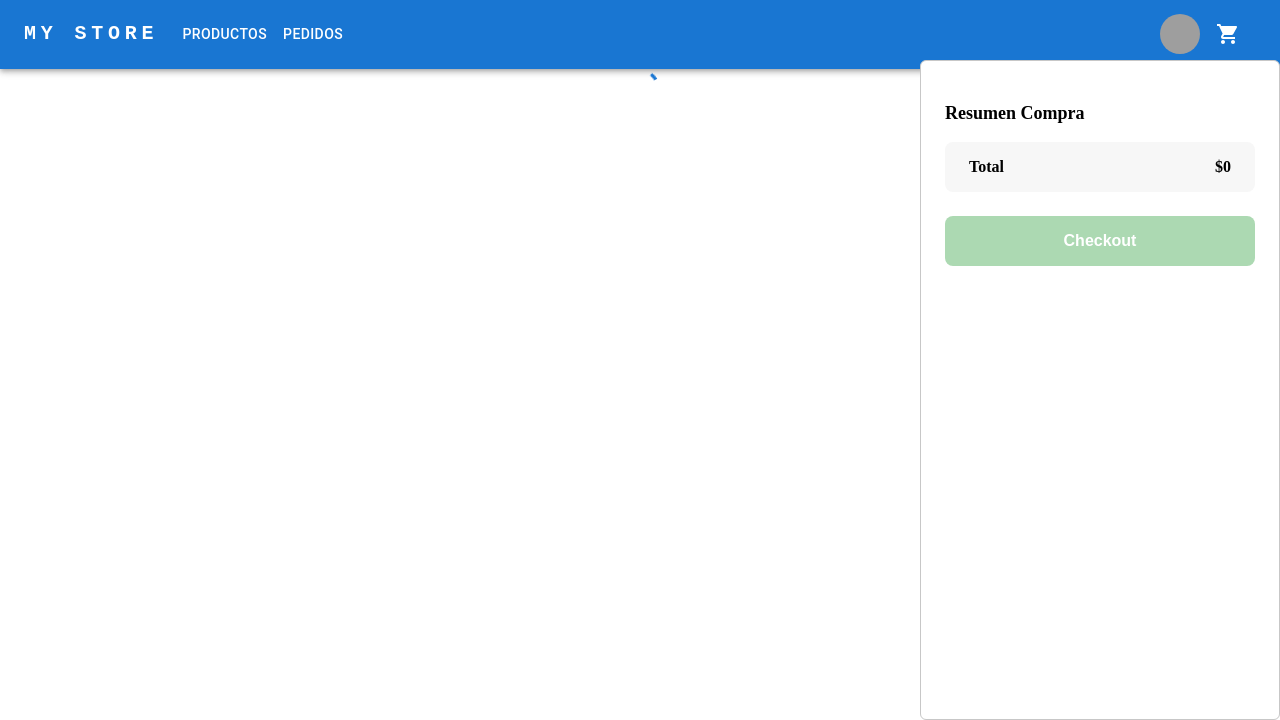
Repository: DanielBorussia/front-my-store
Page: /, after clicking the first element matching `button.MuiIconButton-colorInherit`
These files come from the project's save history. The page is drawn as it stood at one moment and after the next save; the edit follows.
The browser window is 1280 px wide. The pictures show the whole page.
Pictures or frames that could not be fetched are drawn as grey boxes. The page's requests for data from a server got no answer. The project was rebuilt for these pictures with package versions that can differ from the ones it lists, and the page was loaded fresh each time. No one was signed in, and anything a server would have sent is missing. Also part of the build but not shown: src/components/OrderItem.js, src/components/ProductItem.js.

Above is the page before, as saved 2023-07-01 02:35:55.

After the next save:
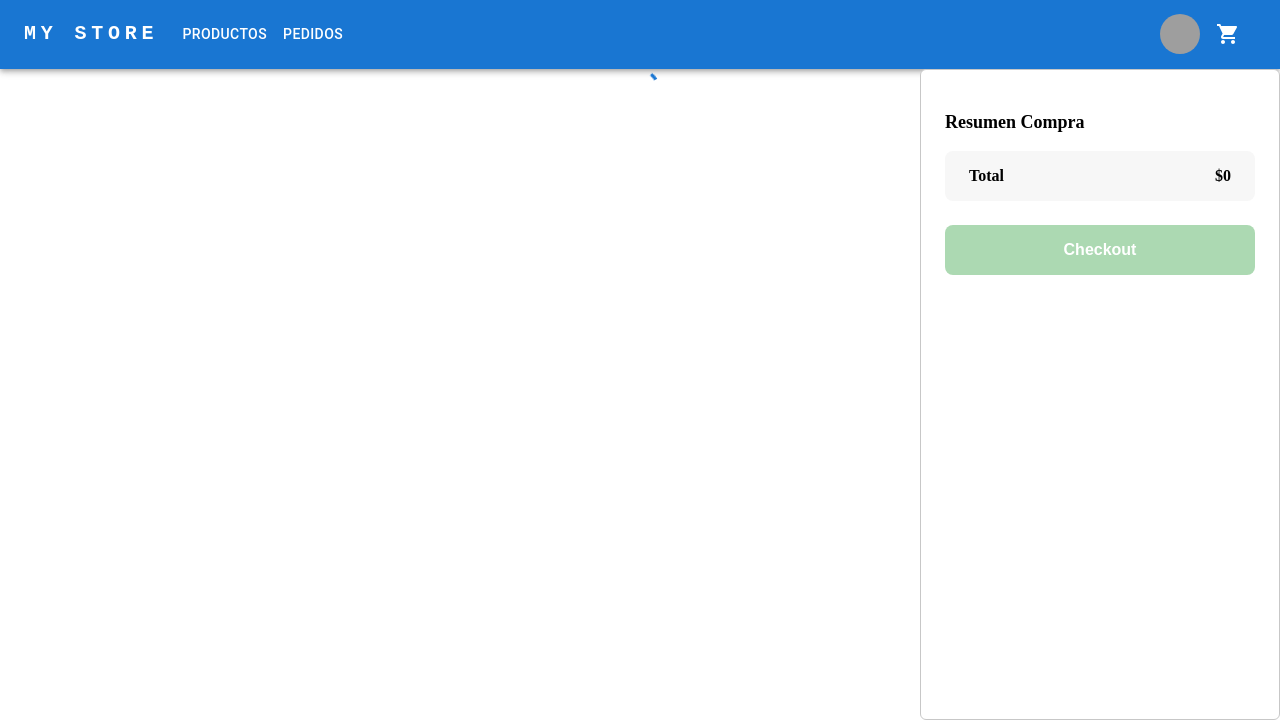
Saved 61 s later.
--- a/src/styles/MyOrderPreview.scss
+++ b/src/styles/MyOrderPreview.scss
@@ -7,9 +7,10 @@
 	position: absolute;
 	right: 0;
 	background-color: white;
-	top: 60px;
+	top: 69px;
 	border-radius: 6px;
 	bottom: 0;
+	z-index: 1;
 	border: 1px solid var(--very-light-pink);
     .myOrderPreview__title {
         display: flex;
